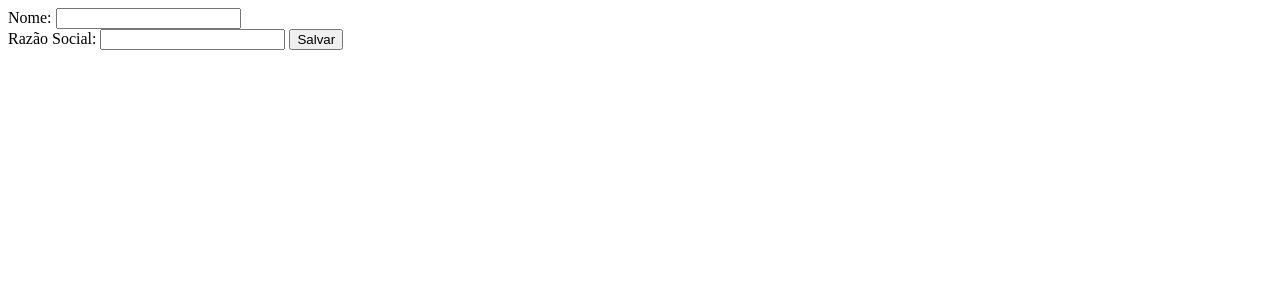
Repository: wwilsoncp/alura-java
Page: http://localhost/gerenciador/formNovaEmpresa.jsp
An editor plug-in stored every save of this project. The page is shown before and after the next save, followed by the edit.
The browser window is 1280 px wide. The pictures show the whole page.
The page is served by Tomcat 9.

Above is the page before, as saved 2022-05-07 02:21:53.

After the next save:
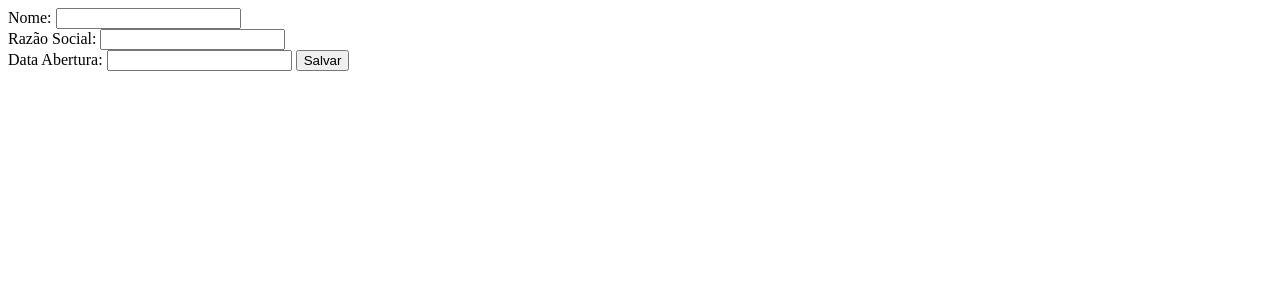
Saved 71 s later.
--- a/gerenciador/WebContent/formNovaEmpresa.jsp
+++ b/gerenciador/WebContent/formNovaEmpresa.jsp
@@ -11,6 +11,8 @@
 		Nome: <input type="text" name="nome" />
 		<br>
 		Razão Social: <input type="text" name="razaoSocial" />
+		<br>
+		Data Abertura: <input type="text" name="dataAbertura" />
 		<button type="submit">Salvar</button>
 	</form>
 </body>
